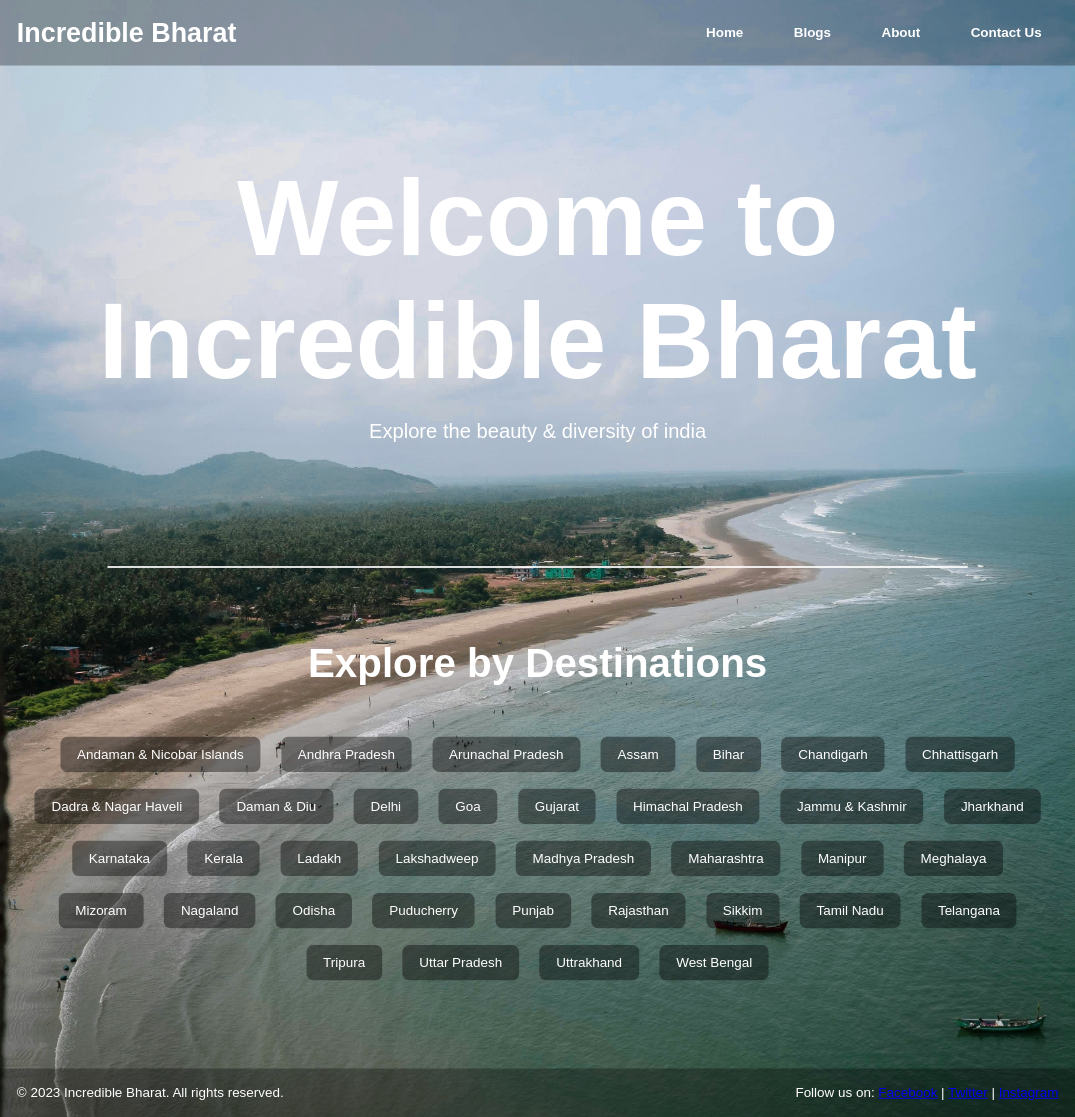
Repository: jaidhiman111/incrediblebharat
Page: index.html
These files come from the project's save history. The page is drawn as it stood at one moment and after a run of saves; the edit follows.
The browser window is 1280 px wide. The pictures show the whole page, at 84% of full size.

Above is the page before, as saved 2025-04-30 22:41:50.

### index.html
<!DOCTYPE html>
<html lang="en">

<head>
    <meta charset="UTF-8">
    <link rel="stylesheet" href="/assets/style.css">
    <meta name="viewport" content="width=device-width, initial-scale=1.0">
    <title>Document</title>
</head>

<body>
    <!-- This is the header of the page. -->
    <header class="header">
        <div class="logo">
            <h1>Incredible Bharat</h1>
        </div>
        <div class="nav">
            <nav>
                <ul>
                    <li>
                        <a href="#">Home</a>
                        <a href="#">Blogs</a>
                        <a href="#">About</a>
                        <a href="#">Contact Us</a>
                    </li>
                </ul>
            </nav>
        </div>
    </header>
    <!-- This is the main content of the page. -->
    <main class="main-container">
        <section class="hero-section">
            <h2>Welcome to Incredible Bharat</h2>
            <a href="#">Explore the beauty & diversity of india</a>
        </section>
        <hr>
        <section class="state-section">
            <div>
                <h2>Explore by Destinations</h2>
            </div>
            <div class="state-button">
                <button type="button"><a href="#">Andaman & Nicobar Islands</a></button>
                <button type="button"><a href="#">Andhra Pradesh</a></button>
                <button type="button"><a href="#">Arunachal Pradesh</a></button>
                <button type="button"><a href="#">Assam</a></button>
                <button type="button"><a href="#">Bihar</a></button>
                <button type="button"><a href="#">Chandigarh</a></button>
                <button type="button"><a href="#">Chhattisgarh</a></button>
                <button type="button"><a href="#">Dadra & Nagar Haveli</a></button>
                <button type="button"><a href="#">Daman & Diu</a></button>
                <button type="button"><a href="#">Delhi</a></button>
                <button type="button"><a href="#">Goa</a></button>
                <button type="button"><a href="#">Gujarat</a></button>
                <button type="button"><a href="#">Himachal Pradesh</a></button>
                <button type="button"><a href="#">Jammu & Kashmir</a></button>
                <button type="button"><a href="#">Jharkhand</a></button>
                <button type="button"><a href="#">Karnataka</a></button>
                <button type="button"><a href="#">Kerala</a></button>
                <button type="button"><a href="#">Ladakh</a></button>
                <button type="button"><a href="#">Lakshadweep</a></button>
                <button type="button"><a href="#">Madhya Pradesh</a></button>
                <button type="button"><a href="#">Maharashtra</a></button>
                <button type="button"><a href="#">Manipur</a></button>
                <button type="button"><a href="#">Meghalaya</a></button>
                <button type="button"><a href="#">Mizoram</a></button>
                <button type="button"><a href="#">Nagaland</a></button>
                <button type="button"><a href="#">Odisha</a></button>
                <button type="button"><a href="#">Puducherry</a></button>
                <button type="button"><a href="#">Punjab</a></button>
                <button type="button"><a href="#">Rajasthan</a></button>
                <button type="button"><a href="#">Sikkim</a></button>
                <button type="button"><a href="#">Tamil Nadu</a></button>
                <button type="button"><a href="#">Telangana</a></button>
                <button type="button"><a href="#">Tripura</a></button>
                <button type="button"><a href="#">Uttar Pradesh</a></button>
                <button type="button"><a href="#">Uttrakhand</a></button>
                <button type="button"><a href="#">West Bengal</a></button>
            </div>
        </section>
    </main>
    <!-- This is the footer of the page. -->
    <footer class="footer">
        <div>
            <p>&copy; 2023 Incredible Bharat. All rights reserved.</p>
        </div>
        <div>
            <p>Follow us on:
                <a href="#">Facebook</a> |
                <a href="#">Twitter</a> |
                <a href="#">Instagram</a>
        </div>
    </footer>
</body>

</html>

### assets/style.css
* {
    box-sizing: border-box;
    margin: 0;
    padding: 0;
}

body {
    font-family: Arial, sans-serif;
    background-image: url('/media/bg-cover.jpg');
    background-size: cover;
    background-repeat: no-repeat;
    background-position: center;
    color: #fff;
}

/* This is for header */
.header {
    background-color: rgba(0, 0, 0, 0.3);
    display: flex;
    justify-content: space-between;
    align-items: center;
    padding: 20px;
    position: sticky;
    top: 0;
    text-align: center;
}

li {
    list-style: none;
    display: flex;
    gap: 20px;
}

li a {
    /* background-color:aqua ; */
    padding: 10px 20px;
    border-radius: 5px;
    text-decoration: none;
    color: #fff;
    font-weight: bold;
}

li a:hover {
    color: #fff;
    transform: scale(1.1);
    background-color: rgba(0, 0, 0, 0.4);
}

/* This is for section */
.hero-section {
    display: flex;
    flex-direction: column;    /* stack items vertically */
    justify-content: center;   /* center vertically */
    align-items: center;       /* center horizontally */
    height: 80vh;
    text-align: center;
}

.hero-section h2 {
    font-size: 8rem;
    margin-bottom: 20px;
}

.hero-section a {
    text-decoration: none;
    color: #fff;
    font-size: 1.5rem;
    margin-bottom: 20px;
}

.hero-section a:hover {
    color: #fff;
    text-decoration: underline;
    transform: scale(1.1);
    transition: transform 0.3s ease-in-out;
}

hr {
    width: 80%;
    margin: 20px auto;
    border: 1px solid #fff;
}

.state-section {
    display: flex;
    flex-direction: column;    /* stack items vertically */
    justify-content: center;
    align-items: center;
    height: 80vh;
    text-align: center;
}

.state-section h2 {
    font-size: 3rem;
    margin-bottom: 20px;
}

.state-button {
    padding: 30px;
    max-width: 100rem;
    margin: 0 auto;
  }

  .state-button button {
    background-color: rgba(0, 0, 0, 0.4);  /* Soft blue */
    border: none;
    border-radius: 8px;
    margin: 10px ;
    padding: 12px 20px;
    cursor: pointer;
    transition: background-color 0.3s ease;
    font-size: 16px;
    font-weight: 500;
  }

  .state-button button a {
    color: #ffffff;
    text-decoration: none;
    display: block;
    width: 100%;
    height: 100%;
  }

  .state-button button:hover {
    background-color: rgba(0, 0, 0, 0.7); /* Darker blue on hover */
    transform: scale(1.1); /* Slightly enlarge the button on hover */
    transition: transform 0.3s ease-in-out;
  }

  /* This is for footer */

.footer {
    background-color: rgba(0, 0, 0, 0.3);
    display: flex;
    justify-content: space-between;
    align-items: center;
    padding: 20px;
    position: relative;
    bottom: 0;
    text-align: center;
}

.footer li {
    list-style: none;
    display: flex;
    gap: 20px;
}

.footer li a {
    padding: 10px 20px;
    border-radius: 5px;
    text-decoration: none;
    color: #fff;
    font-weight: bold;
}
.footer li a:hover {
    color: #fff;
    transform: scale(1.1);
    background-color: rgba(0, 0, 0, 0.4);
}

After the next 3 saves:
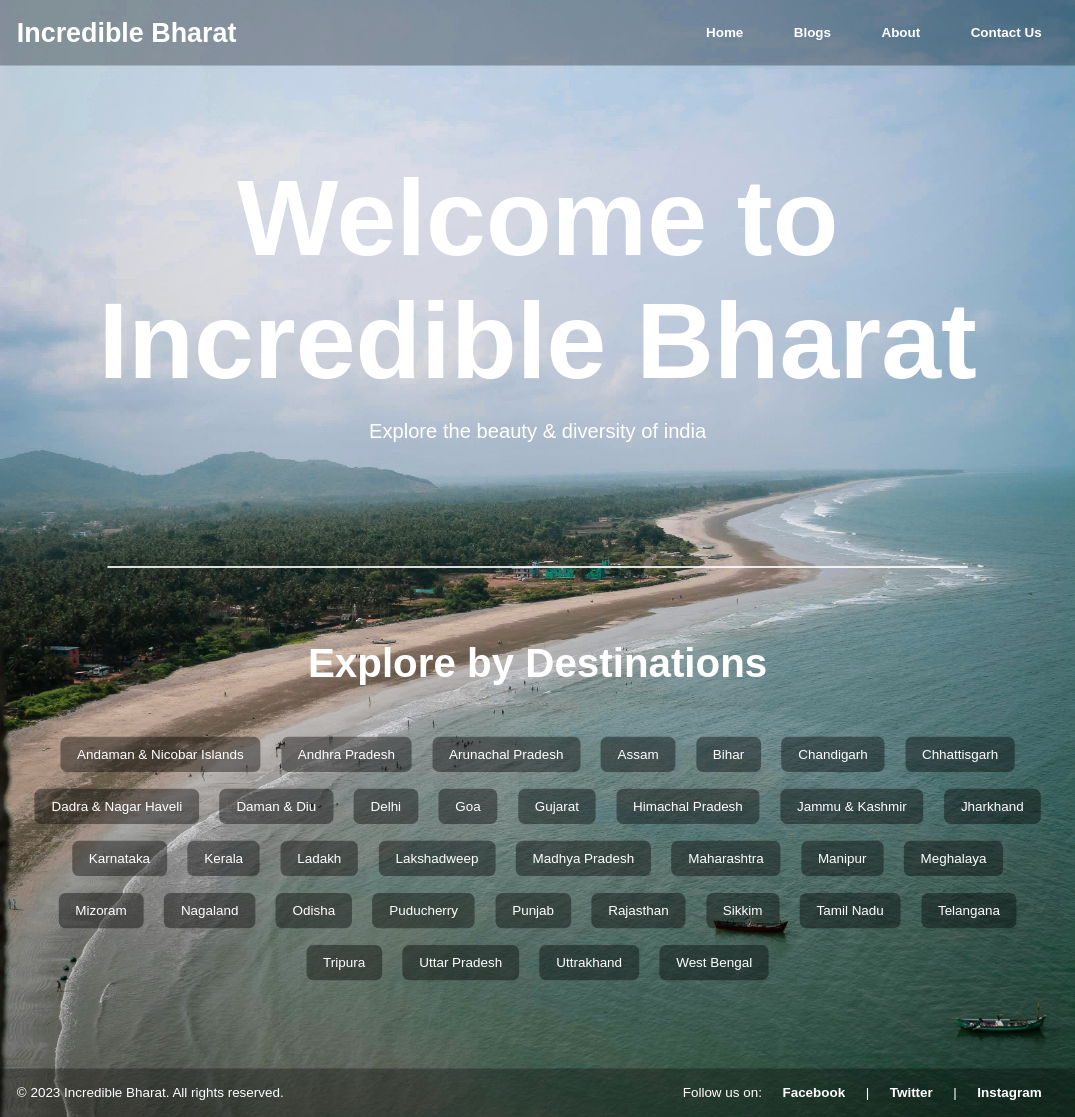
The 3 saves are shown as one change because they came seconds apart.
The last was saved 43 s later.
--- a/assets/style.css
+++ b/assets/style.css
@@ -146,14 +146,14 @@ hr {
     gap: 20px;
 }
 
-.footer li a {
+.footer a {
     padding: 10px 20px;
     border-radius: 5px;
     text-decoration: none;
     color: #fff;
     font-weight: bold;
 }
-.footer li a:hover {
+.footer a:hover {
     color: #fff;
     transform: scale(1.1);
     background-color: rgba(0, 0, 0, 0.4);
